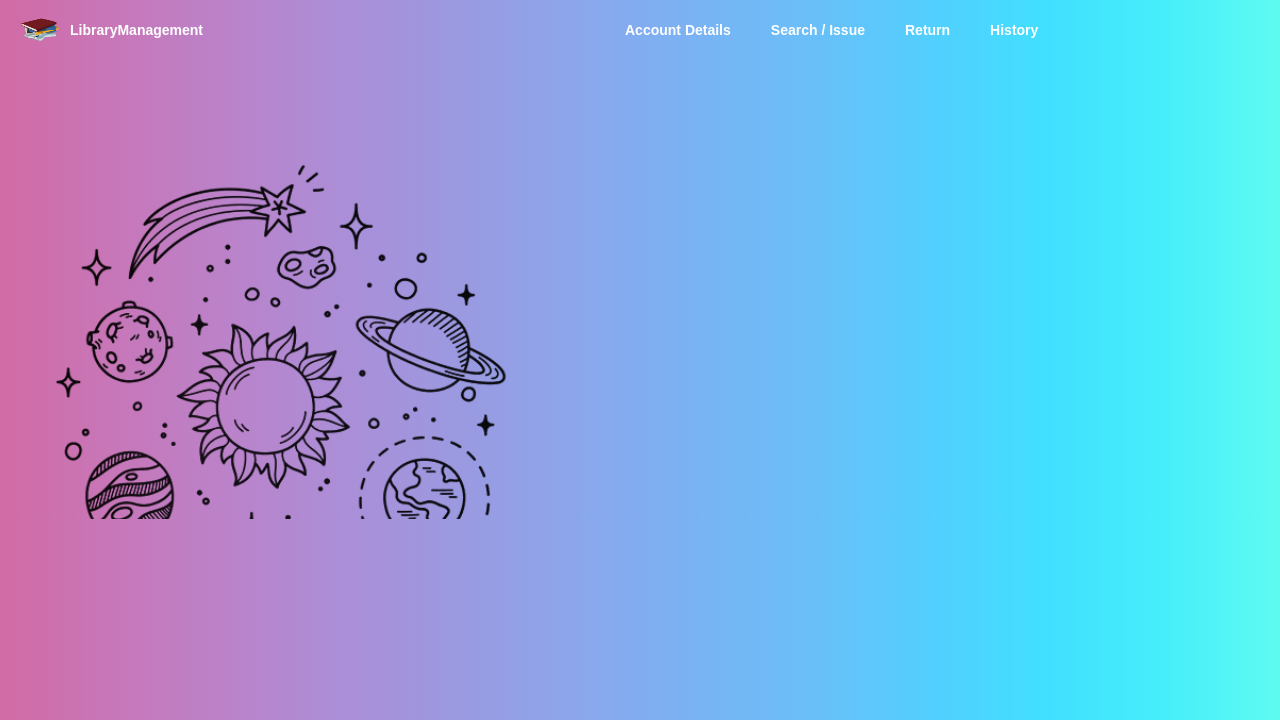
Repository: amitSai12/CMS
Page: http://localhost/LibraryManagementDemo/Menu2.jsp
These files come from the project's save history. The page is drawn as it stood at one moment and after the next save; the edit follows.
The browser window is 1280 px wide. The pictures show the whole page.
The page is served by Tomcat 9.

Above is the page before, as saved 2023-10-01 21:01:19.

After the next save:
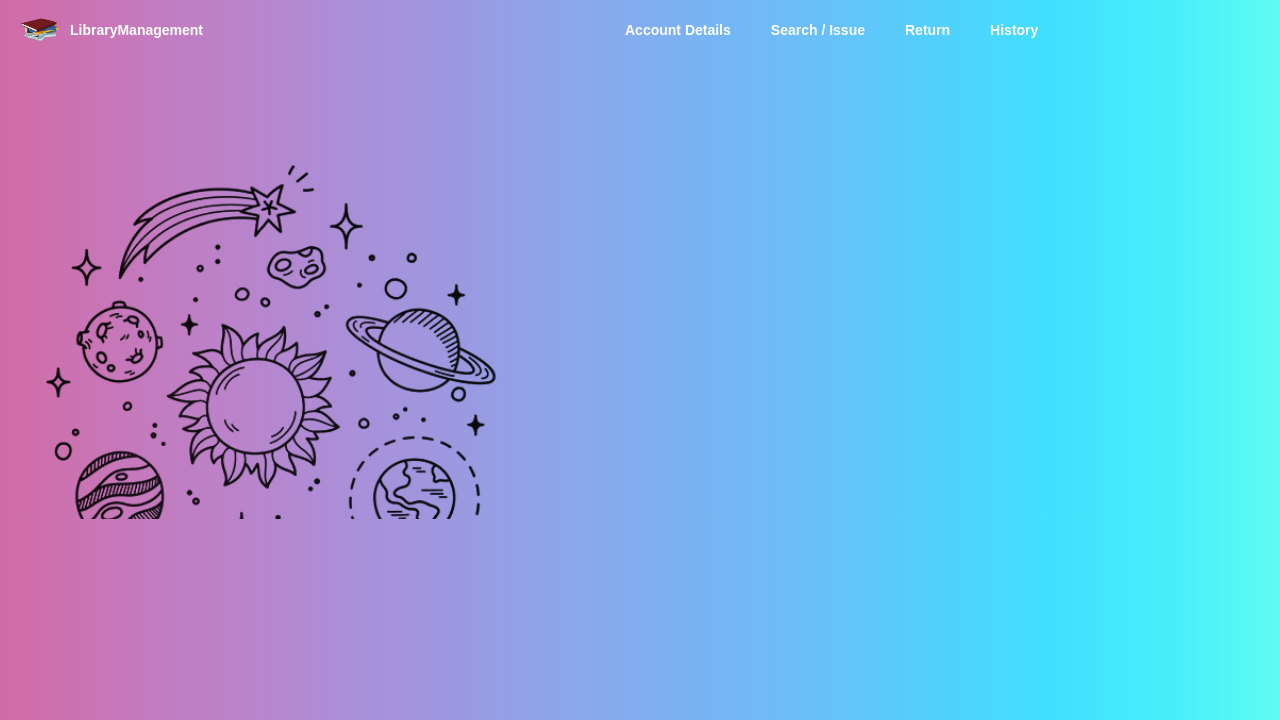
Saved 7 s later.
--- a/Day1_Thu/LibraryManagementDemo/src/main/webapp/menu2.css
+++ b/Day1_Thu/LibraryManagementDemo/src/main/webapp/menu2.css
@@ -80,7 +80,7 @@ body.loaded::before {
 
 
 .imagediv {
-	margin-left: -20px;
+	margin-left: -30px;
     width: 600px; /* Set the width of the div */
     height: 439px; /* Set the height of the div */
     background-image: url('earth.png'); /* Specify the image URL */
